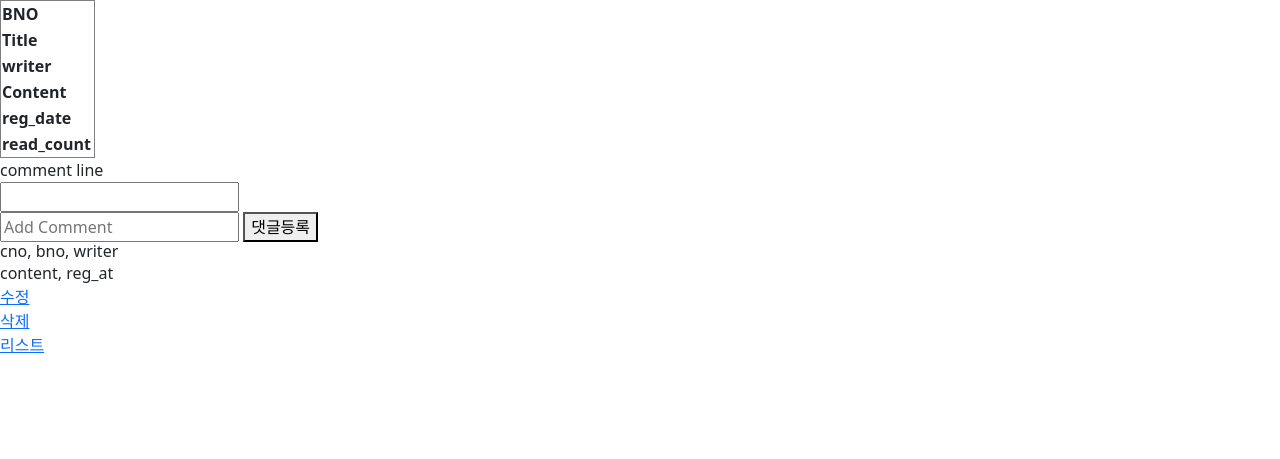
Repository: Kangji1/java2022_09_03
Page: http://localhost/project/board/detail.jsp
The author's editor kept a copy of each file at every save. The page is drawn from the files as they stood at one save, then again after the next save.
The browser window is 1280 px wide. The pictures show the whole page.
The page is served by Tomcat 9. Other server files are loaded and not shown. The template is opened directly, without the code that normally fills it, so the values that code supplies are empty.

Above is the page before, as saved 2022-12-05 06:50:12.
Console error: ReferenceError: getCOmmentListFromServer is not defined

### JSP_Member&Board/project/src/main/webapp/board/detail.jsp
<%@ page language="java" contentType="text/html; charset=UTF-8"
    pageEncoding="UTF-8"%>
<%@ taglib uri="http://java.sun.com/jsp/jstl/core" prefix="c" %>
<!DOCTYPE html>
<html>
<head>
<meta charset="UTF-8">
<title>Insert title here</title>
<!-- CSS only -->
<link href="https://cdn.jsdelivr.net/npm/bootstrap@5.2.3/dist/css/bootstrap.min.css" rel="stylesheet" integrity="sha384-rbsA2VBKQhggwzxH7pPCaAqO46MgnOM80zW1RWuH61DGLwZJEdK2Kadq2F9CUG65" crossorigin="anonymous">
<!-- JavaScript Bundle with Popper -->
<script src="https://cdn.jsdelivr.net/npm/bootstrap@5.2.3/dist/js/bootstrap.bundle.min.js" integrity="sha384-kenU1KFdBIe4zVF0s0G1M5b4hcpxyD9F7jL+jjXkk+Q2h455rYXK/7HAuoJl+0I4" crossorigin="anonymous"></script>
</head>
<body>
<table border="1">
	<tr>
		<th>BNO</th>
		<td>${bvo.bno}</td>
	</tr>
	<tr>
		<th>Title</th>
		<td>${bvo.title}</td>
	</tr>
	<tr>
		<th>writer</th>
		<td>${bvo.writer}</td>
	</tr>
	<tr>
		<th>Content</th>
		<td>${bvo.content}</td>
	</tr>
	<tr>
		<th>reg_date</th>
		<td>${bvo.reg_date}</td>
	</tr>
	<tr>
		<th>read_count</th>
		<td>${bvo.read_count}</td>
	</tr>
</table>
<div>
 	comment line <br>
		<input type="text" id="cmtWriter" value="${ses.email}" readonly="readonly"><br>
 		<input type="text" id="cmtText" placeholder="Add Comment">
 		<button type="button" id="cmtAddBtn">댓글등록</button>
</div>
<!-- 댓글 표시 영역 -->
<div class="accordion" id="accordionExample"></div>
	<!-- 댓글 아이템 표시 영역 -->
  <div class="accordion-item">
    <h2 class="accordion-header" id="headingOne">
      <button class="accordion-button" type="button" data-bs-toggle="collapse"
      		data-bs-target="#collapseOne" aria-expanded="true" aria-controls="collapseOne">
        	cno, bno, writer
      </button>
    </h2>
    <div id="collapseOne" class="accordion-collapse collapse show" aria-labelledby="headingOne" data-bs-parent="#accordionExample">
      <div class="accordion-body">
   		content, reg_at
      </div>
    </div>
</div>
	<c:if test="${ses.email eq bvo.writer}">
<a href="/brd/modify?bno=${bvo.bno}">수정</a><br>
<a href="/brd/remove?bno=${bvo.bno}">삭제</a><br>
</c:if>
<a href="/brd/list">리스트</a><br>

<script type="text/javascript">
const bnoVal = '<c:out value="${bvo.bno}"/>';
</script>
<script src="/resources/board_detail.js"></script>
<script type="text/javascript">
printCommentList(bnoVal);
</script>
</body>
</html>

### JSP_Member&Board/project/src/main/webapp/resources/board_detail.js
async function getCommentListFromServer(bno){ //서버(컨트롤러)에 리스트를 달라고 요청
	try{
		const resp = await fecth('/cmt/list/'+bno); //cmt/list/260
		const cmtList = await resp.json();
		return cmtList;
	}catch(error){
		console.log(error);
	}
}

function spreadCommentList(result){ //댓글 list
	let div = document.getElementById("accordionExample");
	div.innerHTML = '';
	for(let i=0; i<result.length; i++){
		let html = '<div class="accordion-item">';
		html += `<h2 class="accordion-header" id="heading${i}">`;
		html += `<button class="accordion-button" type="button" data-bs-toggle="collapse" `;
		html += `data-bs-target="#collapse${i}" aria-expanded="true" aria-controls="collapse${i}">`;
		html += `${result[i].cno}, {result[i].bno}, {result[i].writer}</button></h2>`;
		html += `<div id="collapse${i}" class="accordion-collapse collapse show" aria-labelledby="heading${i}" data-bs-parent="#accordionExample">`;
        html += `<div class="accordion-body">`;
		html += `<button type="button" data-cno="${result[i].cno}" class="btn btn-sm btn-outline-warning cmtModBtn">%</button>`;
   		html += `<button type="button" data-cno="${result[i].cno}" class="btn btn-sm btn-outline-danger cmtDelBtn">X</button>`;
        html += `<input type="text" class="form-control" id="cmtText" value="${result[i].content}">`;
        html += `${result[i].reg_at}`;
    	html += `</div></div></div>`;
		div.innerHTML += html; //누적
  	}
}

function printCommentList(bno){
	getCOmmentListFromServer(bno).then(result => { //cmtList
		console.log(result);
		if(result.length > 0){
			spreadCommentList(result);
		}else{
			let div = document.getElementById("accordionExample");
			div.innerText = "comment가 없습니다.";
		}
	})
}

async function postCommentToServer(cmtData){
   try{
      const url ="/cmt/post";
      const config={
         method:'post',
         headers:{
            'Content-Type':'application/json; charset=utf-8'
         },
         body: JSON.stringify(cmtData)
      };
      const resp = await fetch(url, config);
      const result = await resp.text(); //out.print(isOk);
      return result; //line 36
   }catch(error){
      console.log(error);
   }

}

document.getElementById('cmtAddBtn').addEventListener('click',()=>{
   const cmtText = document.getElementById('cmtText').value;
   console.log(cmtText);
   if(cmtText == null || cmtText==''){
      alert('댓글을 입력해주세요.');
      return false;
   }else{
      let cmtData = {
         bno : bnoVal,
         writer : document.getElementById('cmtWriter').value,
         content : cmtText
      };

      postCommentToServer(cmtData).then(result => {
         if(result > 0){
            alert("댓글등록 성공!!!");
            document.getElementById('cmtText').value = "";
         }
         printCommentList(cmtData.bno);
      })

   }

})

After the next save:
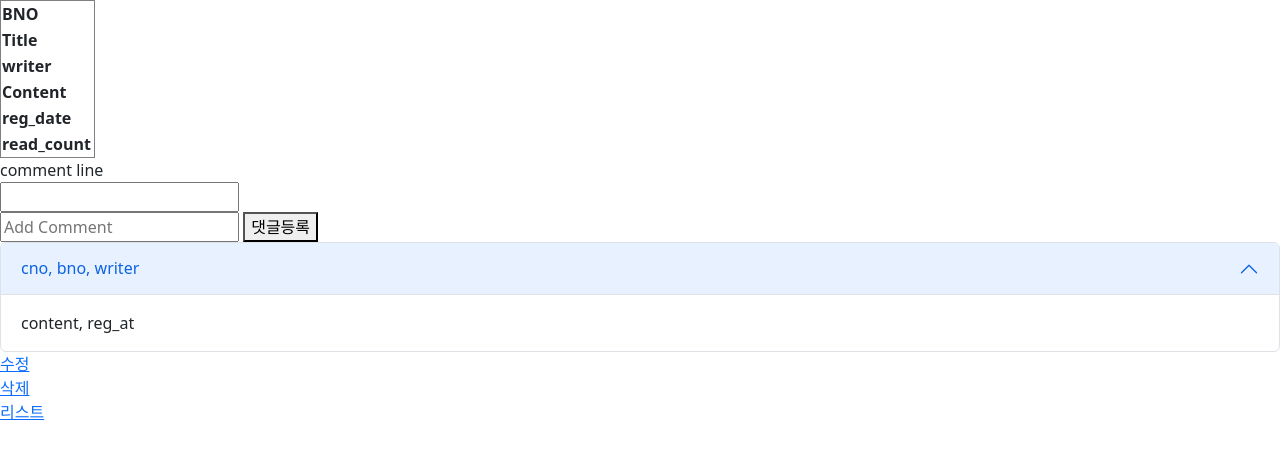
Saved 67 s later.
--- a/JSP_Member&Board/project/src/main/webapp/board/detail.jsp
+++ b/JSP_Member&Board/project/src/main/webapp/board/detail.jsp
@@ -45,7 +45,7 @@
  		<button type="button" id="cmtAddBtn">댓글등록</button>
 </div>
 <!-- 댓글 표시 영역 -->
-<div class="accordion" id="accordionExample"></div>
+<div class="accordion" id="accordionExample">
 	<!-- 댓글 아이템 표시 영역 -->
   <div class="accordion-item">
     <h2 class="accordion-header" id="headingOne">
